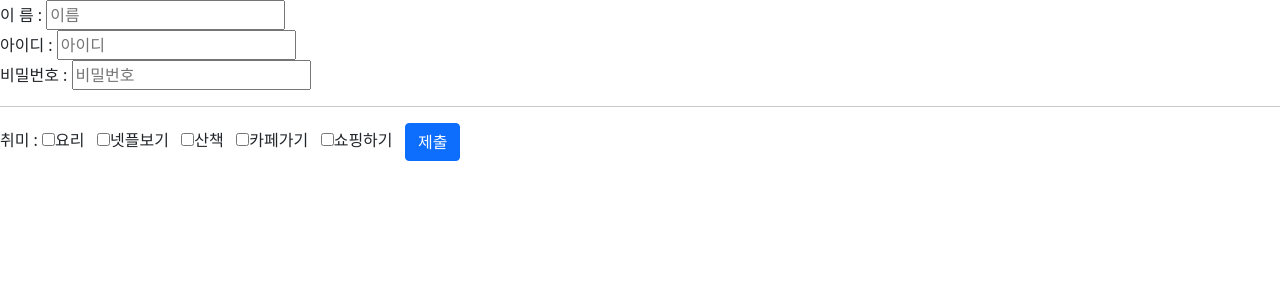
Repository: SimpleRan/jsp_paractice2
Page: http://localhost/JSPBasic/jspobject/request/req_user_form.jsp
An editor plug-in stored every save of this project. The page is shown before and after the next save, followed by the edit.
The browser window is 1280 px wide. The pictures show the whole page.
The page is served by Tomcat 9.

Above is the page before, as saved 2022-03-25 10:51:45.

After the next save:
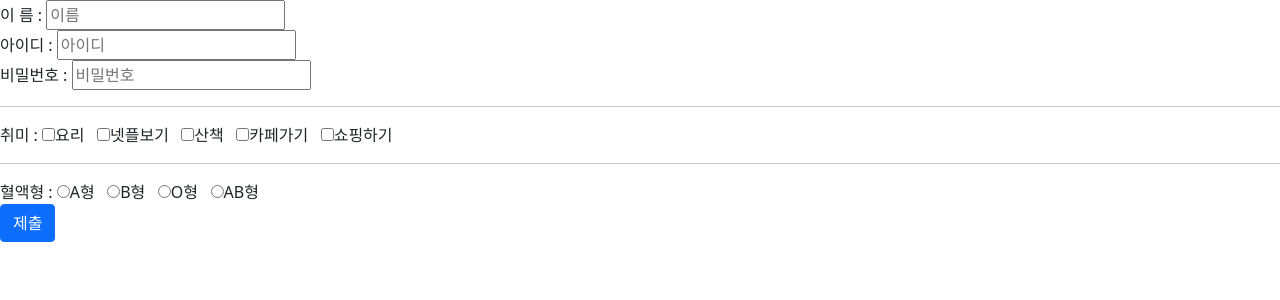
Saved 13 min 45 s later.
--- a/JSPBasic/src/main/webapp/jspobject/request/req_user_form.jsp
+++ b/JSPBasic/src/main/webapp/jspobject/request/req_user_form.jsp
@@ -28,8 +28,15 @@
 		<input type= "checkbox" name="hobby"value="산책">산책 &nbsp;
 		<input type= "checkbox" name="hobby"value="카페가기">카페가기 &nbsp;
 		<input type= "checkbox" name="hobby"value="쇼핑하기">쇼핑하기 &nbsp;
+		<hr/>
+	혈액형 :
+		<input type="radio" name="blood" value="A">A형 &nbsp;
+		<input type="radio" name="blood" value="B">B형 &nbsp;
+		<input type="radio" name="blood" value="O">O형 &nbsp;
+		<input type="radio" name="blood" value="AB">AB형 &nbsp;
+		<br/>
+		<input type= "submit" class="btn btn-primary" value="제출"/>
 
-		<input type= "submit" class="btn btn-primary" value="제출"/>
   </form>
 </body>
 </html>
